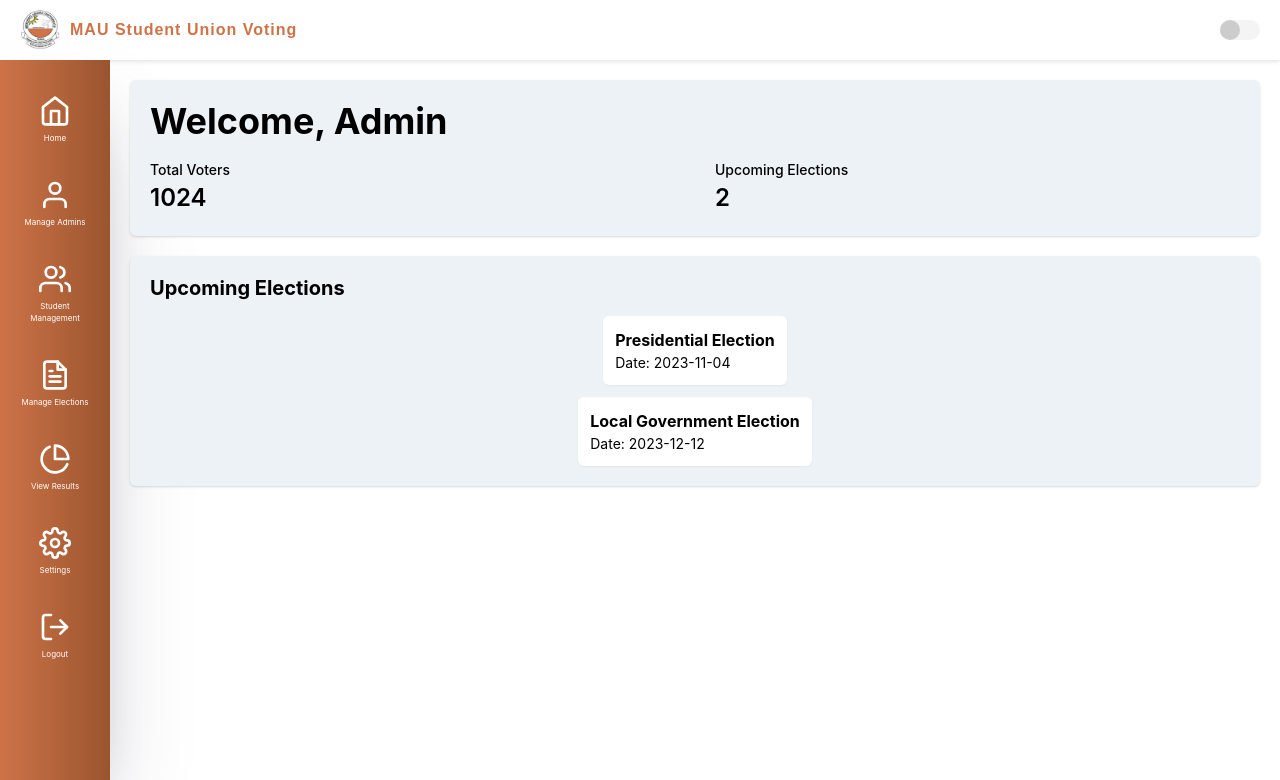
Repository: joena1o/e-vote
Page: /
These files come from the project's save history. The page is drawn as it stood at one moment and after the next save; the edit follows.
The browser window is 1280 px wide. The pictures show the whole page.
The project was rebuilt for these pictures with package versions that can differ from the ones it lists, and the page was loaded fresh each time. Also part of the build but not shown: src/components/EnhancedLogin.js, src/components/maincontent/RegisterStudents/ManageStudents.js, src/components/maincontent/RegisterStudents/RegisterStudents.js, src/components/maincontent/RegisterStudents/StudentManagement.js, src/components/maincontent/ElectionResults/ViewResults.js, src/components/maincontent/ElectionResults/report.js, src/components/maincontent/ElectionResults/ViewElectionResults.js, src/components/maincontent/Settings/Settings.js and 20 more.

Above is the page before, as saved 2023-11-01 22:52:35.

### src/index.js
import React from 'react';
import ReactDOM from 'react-dom/client';
import './index.css';
import App from './App';
import reportWebVitals from './reportWebVitals';
import Modal from 'react-modal';

// Set the app element for the modal for accessibility purposes
Modal.setAppElement('#root');

const root = ReactDOM.createRoot(document.getElementById('root'));
root.render(
  <React.StrictMode>
    <App />
  </React.StrictMode>
);

// If you want to start measuring performance in your app, pass a function
// to log results (for example: reportWebVitals(console.log))
// or send to an analytics endpoint. Learn more: https://bit.ly/CRA-vitals
reportWebVitals();

### src/App.js
import React from 'react';
import { BrowserRouter as Router, Routes, Route, Navigate } from 'react-router-dom';
import EnhancedLogin from './components/EnhancedLogin';
import AdminDashboard from './components/AdminDashboard';
import StudentDashboard from './components/StudentDashboard';
import { ChakraProvider, ColorModeProvider, Button, useColorMode } from '@chakra-ui/react';
import { Provider } from 'react-redux';
import store from './Redux/store';
import ElectionCommitteeDashboard from './components/maincontent/ElectionCommitteeDashboard';

// Component to toggle dark mode
function DarkModeToggle() {
  const { colorMode, toggleColorMode } = useColorMode();
  return (
    <Button onClick={toggleColorMode} position="fixed" m={4} zIndex={10}>
      Toggle {colorMode === 'light' ? 'Dark' : 'Light'}
    </Button>
  );
}

function App() {
  // Check if the current route is not the "/login" route, then render the DarkModeToggle
  // const isLoginPage = window.location.pathname === '/login';

  return (
    <Provider store={store}>
      <ChakraProvider>
        <ColorModeProvider options={{ useSystemColorMode: true }}>
          <Router>
            <Routes>
              {/* Define your routes */}
              <Route path="/login" element={<EnhancedLogin />} />
              <Route path="/admin-dashboard/*" element={<AdminDashboard />} />
              <Route path="/ElectionCommittee-dashboard/*" element={<ElectionCommitteeDashboard />} />
              <Route path='/student-dashboard/*' element={<StudentDashboard />} />
              {/* Redirect root to /admin-dashboard */}
              <Route path="/" element={<Navigate to="/admin-dashboard" replace />} />
            </Routes>
          </Router>
          {/* Render DarkModeToggle only if not on the "/login" page */}
          {/* {!isLoginPage && <DarkModeToggle />} */}
        </ColorModeProvider>
      </ChakraProvider>
    </Provider>
  );
}

export default App;

### src/components/AdminDashboard.js
// AdminDashboard.js
import React from 'react';
import { Routes, Route } from 'react-router-dom';
import StudentManagement from './maincontent/RegisterStudents/StudentManagement';
import ViewResults from './maincontent/ElectionResults/ViewElectionResults';
import Settings from './maincontent/Settings/Settings';
import Home from './maincontent/home/Home';
import ManageAdmin from './maincontent/ManageAdmins/ManageAdmins';
import ManageElections from './maincontent/ManageElections/ManageElections';
import Sidebar from './Sidebar';
import Navbar from './Navbar';
import styled from 'styled-components';

const Container = styled.div`
  display: flex;
  flex-direction: column;
  /* Add the following line to ensure Container fills the screen height */
  height: 100vh;
  width: 100%; /* Use 100% to fill the entire width of the screen */
`;


const Content = styled.div`
  display: flex;
  /* Add the following line to ensure Content fills the remaining screen space */
  flex: 1;
`;

const AdminDashboard = () => {
  return (
    <Container>
      <Navbar />
      <Content>
        <Sidebar />
        <Routes>
          <Route index element={<Home />} />
          <Route path="student-management" element={<StudentManagement />} />
          <Route path="view-results" element={<ViewResults />} />
          <Route path="settings" element={<Settings />} />
          <Route path="manage-admin" element={<ManageAdmin />} />
          <Route path="manage-elections" element={<ManageElections />} />
        </Routes>
      </Content>
    </Container>
  );
};

export default AdminDashboard;

### src/Redux/store.js
import { configureStore } from '@reduxjs/toolkit';
import electionReducer from './electionSlice';
import studentsReducer from './studentsSlice';
import candidatesReducer from './CandidateSlice'; // Import the candidates reducer

const store = configureStore({
  reducer: {
    elections: electionReducer,
    students: studentsReducer,
    candidates: candidatesReducer, // Add the candidates reducer here
  },
});

export default store;

### src/components/maincontent/home/Home.js
import React, { useState, useEffect } from 'react';
import {
  Box,
  Heading,
  Text,
  VStack,
  HStack,
  Stat,
  StatLabel,
  StatNumber,
  Container,
  useColorModeValue
} from '@chakra-ui/react';

// Mock API functions
const fetchTotalVoters = async () => {
  // Replace with actual API call
  return Promise.resolve(1024);
};

const fetchUpcomingElections = async () => {
  // Replace with actual API call
  return Promise.resolve([
    { id: 1, name: 'Presidential Election', date: '2023-11-04' },
    { id: 2, name: 'Local Government Election', date: '2023-12-12' },
    // ... other upcoming elections
  ]);
};

const Home = () => {
  const [adminName, setAdminName] = useState('Admin');
  const [totalVoters, setTotalVoters] = useState(null);
  const [upcomingElections, setUpcomingElections] = useState([]);

  useEffect(() => {
    const getTotalVoters = async () => {
      try {
        const voters = await fetchTotalVoters();
        setTotalVoters(voters);
      } catch (error) {
        console.error('Error fetching total voters:', error);
      }
    };

    const getUpcomingElections = async () => {
      try {
        const elections = await fetchUpcomingElections();
        setUpcomingElections(elections);
      } catch (error) {
        console.error('Error fetching upcoming elections:', error);
      }
    };

    getTotalVoters();
    getUpcomingElections();
  }, []);

  const bgColor = useColorModeValue('gray.100', 'gray.700');

  return (
    <Container maxW="container.xl" p={5}>
      <VStack spacing={5} align="stretch">
        <Box bg={bgColor} p={5} borderRadius="md" boxShadow="base">
          <Heading mb={4}>Welcome, {adminName}</Heading>
          <HStack spacing={10}>
            <Stat>
              <StatLabel>Total Voters</StatLabel>
              <StatNumber>{totalVoters ?? 'Loading...'}</StatNumber>
            </Stat>
            <Stat>
              <StatLabel>Upcoming Elections</StatLabel>
              <StatNumber>{upcomingElections.length}</StatNumber>
            </Stat>
          </HStack>
        </Box>

        <Box bg={bgColor} p={5} borderRadius="md" boxShadow="base">
          <Heading size="md" mb={4}>Upcoming Elections</Heading>
          {upcomingElections.length > 0 ? (
            <VStack spacing={3}>
              {upcomingElections.map((election) => (
                <Box key={election.id} p={3} bg="white" borderRadius="md" boxShadow="sm">
                  <Text fontWeight="bold">{election.name}</Text>
                  <Text fontSize="sm">Date: {election.date}</Text>
                </Box>
              ))}
            </VStack>
          ) : (
            <Text>No upcoming elections.</Text>
          )}
        </Box>

        {/* Additional UI components can be added here */}
      </VStack>
    </Container>
  );
};

export default Home;

### src/components/Sidebar.js
import React from 'react';
import styled from 'styled-components';
import { Link } from 'react-router-dom';
import { FiHome, FiUser, FiUsers, FiFileText, FiSettings, FiLogOut, FiPieChart } from 'react-icons/fi';
import { useColorMode } from '@chakra-ui/react';

const SidebarContainer = styled.nav`
  background: ${props => (props.theme === 'dark' ? '#333' : 'linear-gradient(to right, #ce7348, #9a552e)')};
  padding: 15px;
  height: 100vh;
  color: #fff;
  box-shadow: rgba(50, 50, 93, 0.25) 0px 50px 100px -20px, rgba(0, 0, 0, 0.3) 0px 30px 60px -30px;
  display: flex;
  flex-direction: column;
`;

const LinkList = styled.ul`
  list-style-type: none;
  padding: 0;
  flex: 1;
`;

const StyledLink = styled(Link)`
  text-decoration: none;
  color: #fff;
  display: flex;
  flex-direction: column;
  align-items: center;
  transition: color 0.3s ease;
  margin-bottom: 15px;
  cursor: pointer;
  font-size: 0.5rem;

  &:hover {
    color: #fce364;
  }

  width: 80px;
  text-align: center;
  word-wrap: break-word;
  overflow-wrap: break-word;

  @media (max-width: 768px) {
    font-size: 0.4rem;
  }

  @media (max-width: 480px) {
    font-size: 0.3rem;
  }
`;

const LinkItem = styled.li`
  display: flex;
  align-items: center;
  margin-top: 20px;
`;

const Icon = styled.div`
  font-size: 2rem;
  color: #fff;

  @media (max-width: 768px) {
    font-size: 0.9rem;
  }

  @media (max-width: 480px) {
    font-size: 0.8rem;
  }

  margin-bottom: 5px;

  ${StyledLink}:hover & {
    color: #fce364;  // Change icon color when the link is hovered
  }
`;

function Sidebar() {
  const { colorMode } = useColorMode();

  return (
    <SidebarContainer theme={colorMode}>
      <LinkList>
        <LinkItem>
          <StyledLink to="/admin-dashboard">
            <Icon><FiHome /></Icon>
            Home
          </StyledLink>
        </LinkItem>
        <LinkItem>
          <StyledLink to="/admin-dashboard/manage-admin">
            <Icon><FiUser /></Icon>
            Manage Admins
          </StyledLink>
        </LinkItem>
        <LinkItem>
          <StyledLink to="/admin-dashboard/student-management">
            <Icon><FiUsers /></Icon>
            Student Management
          </StyledLink>
        </LinkItem>
        <LinkItem>
          <StyledLink to="/admin-dashboard/manage-elections">
            <Icon><FiFileText /></Icon>
            Manage Elections
          </StyledLink>
        </LinkItem>
        <LinkItem>
          <StyledLink to="/admin-dashboard/view-results">
            <Icon><FiPieChart /></Icon>
            View Results
          </StyledLink>
        </LinkItem>
        <LinkItem>
          <StyledLink to="/admin-dashboard/settings">
            <Icon><FiSettings /></Icon>
            Settings
          </StyledLink>
        </LinkItem>
        <LinkItem>
          <StyledLink to="/logout">
            <Icon><FiLogOut /></Icon>
            Logout
          </StyledLink>
        </LinkItem>
      </LinkList>
    </SidebarContainer>
  );
}

export default Sidebar;

### src/components/Navbar.js
import React from 'react';
import styled, { createGlobalStyle } from 'styled-components';
import logo from '../assets/school_logo.jpg';
import { useColorMode } from '@chakra-ui/react';

const GlobalStyle = createGlobalStyle`
  body {
    background-color: ${props => (props.theme === 'dark' ? '#333' : '#fff')};
    color: ${props => (props.theme === 'dark' ? '#fff' : '#000')}; // Set other component texts to black in light mode
  }
`;

const Header = styled.header`
  background: ${props => (props.theme === 'dark' ? '#333' : '#fff')};
  color: ${props => (props.theme === 'dark' ? '#fff' : '#ce7348')}; // Set navbar text to brown in light mode
  padding: 10px 20px;
  display: flex;
  align-items: center;
  justify-content: flex-start;
  box-shadow: 0px 2px 4px rgba(0, 0, 0, 0.1);
  font-family: 'Poppins', sans-serif;
`;


const Logo = styled.img`
  width: 40px;
  height: 40px;
  border-radius: 20px;
  margin-right: 10px;
`;

const Title = styled.h1`
  margin: 0;
  padding: 0;
  font-size: 1rem;
  font-weight: 600;
  letter-spacing: 1px;
`;

const ToggleSlider = styled.label`
  display: flex;
  align-items: center;
  cursor: pointer;
  margin-left: auto;
`;

const SliderInput = styled.input.attrs({ type: 'checkbox' })`
  display: none;
`;

const Slider = styled.div`
  width: 40px;
  height: 20px;
  background-color: ${props => (props.theme === 'dark' ? '#333' : '#f4f4f4')};
  border-radius: 20px;
  position: relative;
  transition: background-color 0.3s ease;
  cursor: pointer;

  &::after {
    content: '';
    width: 20px;
    height: 20px;
    border-radius: 50%;
    background-color: ${props => (props.theme === 'dark' ? '#fff' : '#ccc')};
    position: absolute;
    top: 50%;
    transform: translateY(-50%);
    left: ${props => (props.theme === 'dark' ? '20px' : '0')};
    transition: left 0.3s ease;
  }
`;

function Navbar() {
  const { colorMode, toggleColorMode } = useColorMode();

  return (
    <>
      <GlobalStyle theme={colorMode} />
      <Header theme={colorMode}>
        <Logo src={logo} alt="University Logo" />
        <Title>MAU Student Union Voting</Title>
        <ToggleSlider>
          <SliderInput type="checkbox" onChange={toggleColorMode} />
          <Slider theme={colorMode} />
        </ToggleSlider>
      </Header>
    </>
  );
}

export default Navbar;

### src/Redux/electionSlice.js
/*import { createSlice, createAsyncThunk } from '@reduxjs/toolkit';
import { API, graphqlOperation } from 'aws-amplify';
import { createElection as createElectionAPI } from '../graphql/mutations';

export const createElection = createAsyncThunk(
  'elections/createElection',
  async (election, { rejectWithValue }) => {
    try {
      const result = await API.graphql(graphqlOperation(createElectionAPI, { input: election }));
      return result.data.createElection;
    } catch (error) {
      return rejectWithValue(error);
    }
  }
);

const electionSlice = createSlice({
  name: 'elections',
  initialState: [],
  reducers: {},
  extraReducers: (builder) => {
    builder.addCase(createElection.fulfilled, (state, action) => {
      state.push(action.payload);
    });
  },
});

export default electionSlice.reducer;
*/

### src/Redux/studentsSlice.js
import { createSlice } from '@reduxjs/toolkit';

export const studentsSlice = createSlice({
  name: 'students',
  initialState: [],
  reducers: {
    addStudents: (state, action) => {
      // Add students to the Redux store
      action.payload.forEach(student => {
        state.push(student);
      });
    },
  },
});

export const { addStudents } = studentsSlice.actions;

export default studentsSlice.reducer;

### src/Redux/CandidateSlice.js

import { createSlice } from '@reduxjs/toolkit';

export const candidatesSlice = createSlice({
  name: 'candidates',
  initialState: [],
  reducers: {
    setCandidates: (state, action) => {
      return action.payload;
    },
  },
});

export const { setCandidates } = candidatesSlice.actions;
export default candidatesSlice.reducer;

Loaded but not shown: public/index.html (common file); src/index.css (common file); src/reportWebVitals.js (common file)

After the next save:
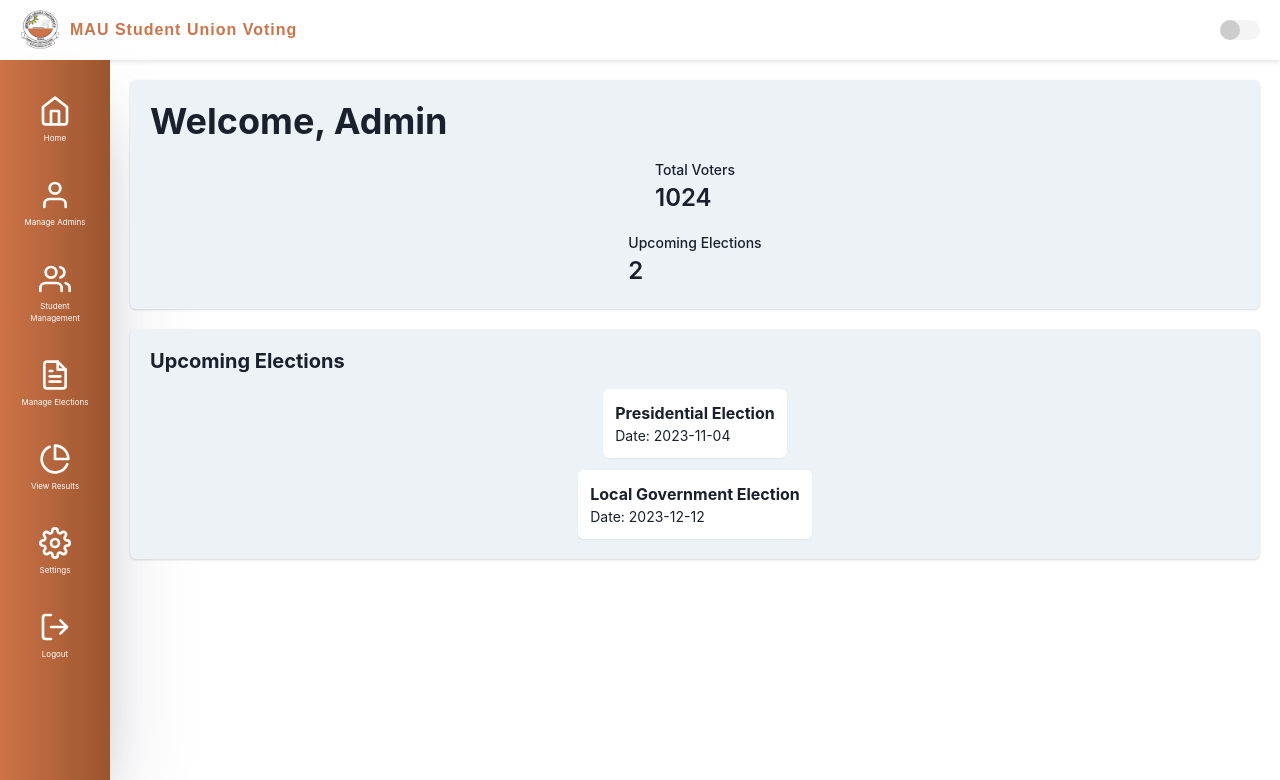
Saved 2 min 6 s later.
--- a/src/components/maincontent/home/Home.js
+++ b/src/components/maincontent/home/Home.js
@@ -1,16 +1,25 @@
 import React, { useState, useEffect } from 'react';
 import {
+  ChakraProvider,
   Box,
   Heading,
   Text,
   VStack,
-  HStack,
   Stat,
   StatLabel,
   StatNumber,
   Container,
-  useColorModeValue
+  theme,
+  extendTheme,
+  useColorModeValue,
+  CircularProgress,
+  CircularProgressLabel
 } from '@chakra-ui/react';
+
+// Extend the theme to include custom colors, fonts, etc
+const customTheme = extendTheme({
+  // Custom theme overrides go here
+});
 
 // Mock API functions
 const fetchTotalVoters = async () => {
@@ -58,41 +67,43 @@ const Home = () => {
   const bgColor = useColorModeValue('gray.100', 'gray.700');
 
   return (
-    <Container maxW="container.xl" p={5}>
-      <VStack spacing={5} align="stretch">
-        <Box bg={bgColor} p={5} borderRadius="md" boxShadow="base">
-          <Heading mb={4}>Welcome, {adminName}</Heading>
-          <HStack spacing={10}>
-            <Stat>
-              <StatLabel>Total Voters</StatLabel>
-              <StatNumber>{totalVoters ?? 'Loading...'}</StatNumber>
-            </Stat>
-            <Stat>
-              <StatLabel>Upcoming Elections</StatLabel>
-              <StatNumber>{upcomingElections.length}</StatNumber>
-            </Stat>
-          </HStack>
-        </Box>
+    <ChakraProvider theme={customTheme}>
+      <Container maxW="container.xl" p={5}>
+        <VStack spacing={5} align="stretch">
+          <Box bg={bgColor} p={5} borderRadius="md" boxShadow="base">
+            <Heading mb={4}>Welcome, {adminName}</Heading>
+            <VStack spacing={4}>
+              <Stat>
+                <StatLabel>Total Voters</StatLabel>
+                <StatNumber>{totalVoters ?? <CircularProgress isIndeterminate color="green.300" />}</StatNumber>
+              </Stat>
+              <Stat>
+                <StatLabel>Upcoming Elections</StatLabel>
+                <StatNumber>{upcomingElections.length}</StatNumber>
+              </Stat>
+            </VStack>
+          </Box>
 
-        <Box bg={bgColor} p={5} borderRadius="md" boxShadow="base">
-          <Heading size="md" mb={4}>Upcoming Elections</Heading>
-          {upcomingElections.length > 0 ? (
-            <VStack spacing={3}>
-              {upcomingElections.map((election) => (
-                <Box key={election.id} p={3} bg="white" borderRadius="md" boxShadow="sm">
-                  <Text fontWeight="bold">{election.name}</Text>
-                  <Text fontSize="sm">Date: {election.date}</Text>
-                </Box>
-              ))}
-            </VStack>
-          ) : (
-            <Text>No upcoming elections.</Text>
-          )}
-        </Box>
+          <Box bg={bgColor} p={5} borderRadius="md" boxShadow="base">
+            <Heading size="md" mb={4}>Upcoming Elections</Heading>
+            {upcomingElections.length > 0 ? (
+              <VStack spacing={3}>
+                {upcomingElections.map((election) => (
+                  <Box key={election.id} p={3} bg="white" borderRadius="md" boxShadow="sm">
+                    <Text fontWeight="bold">{election.name}</Text>
+                    <Text fontSize="sm">Date: {election.date}</Text>
+                  </Box>
+                ))}
+              </VStack>
+            ) : (
+              <Text>No upcoming elections.</Text>
+            )}
+          </Box>
 
-        {/* Additional UI components can be added here */}
-      </VStack>
-    </Container>
+          {/* Additional UI components can be added here */}
+        </VStack>
+      </Container>
+    </ChakraProvider>
   );
 };
 
